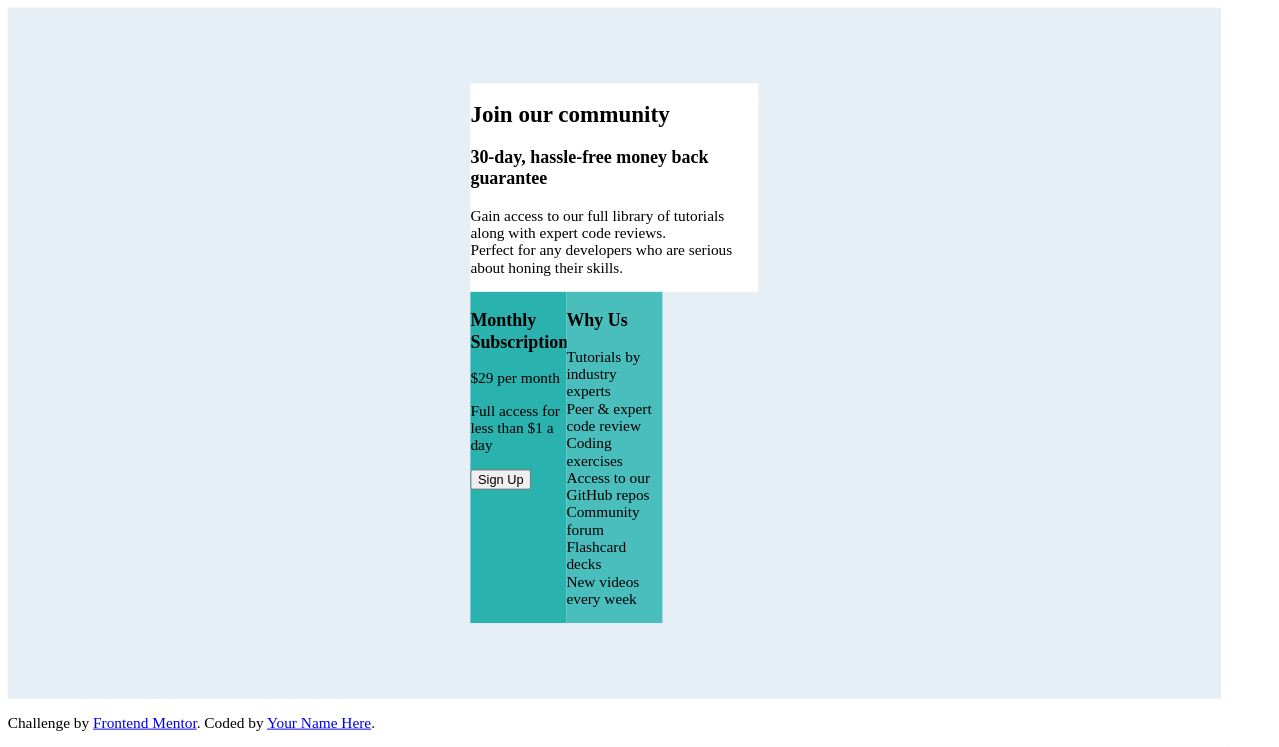
Repository: jminervino/PriceGridComponent
Page: index.html
An editor plug-in stored every save of this project. The page is shown before and after the next save, followed by the edit.
The browser window is 1280 px wide. The page is 1280 px wide, then 1332 px, then 1280 px, so the pictures cover 1332 px, including what lies to the right of the window. The pictures show the whole page, at 96% of full size.

Above is the page before, as saved 2022-02-07 11:01:55.

After the next save:
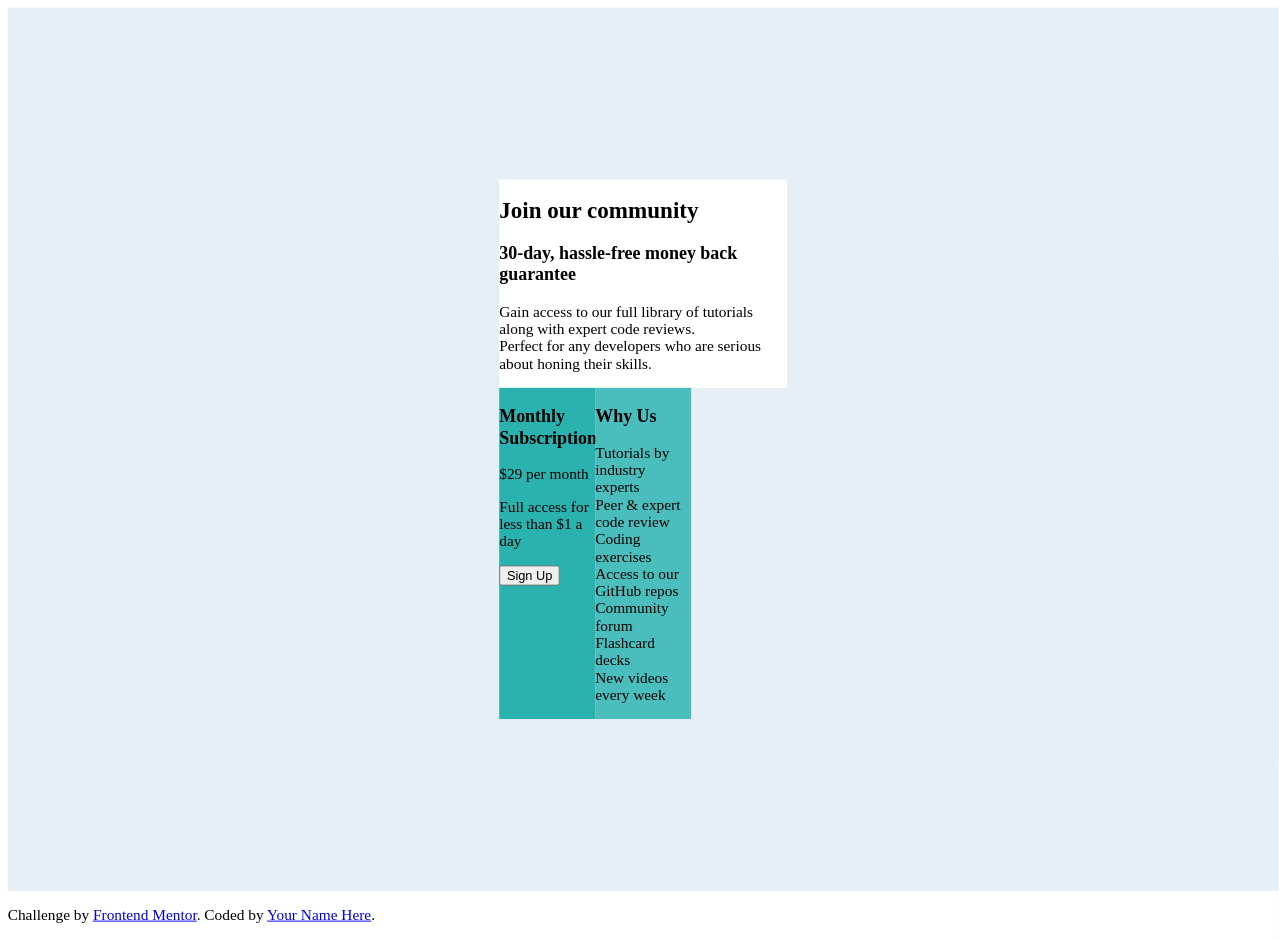
Saved 28 s later.
--- a/style.css
+++ b/style.css
@@ -8,6 +8,7 @@
     align-items: center;
     justify-content: center;
     background-color: hsl(204, 43%, 93%);
+    padding: 100px 30px;
 
 }
 

After the save that followed:
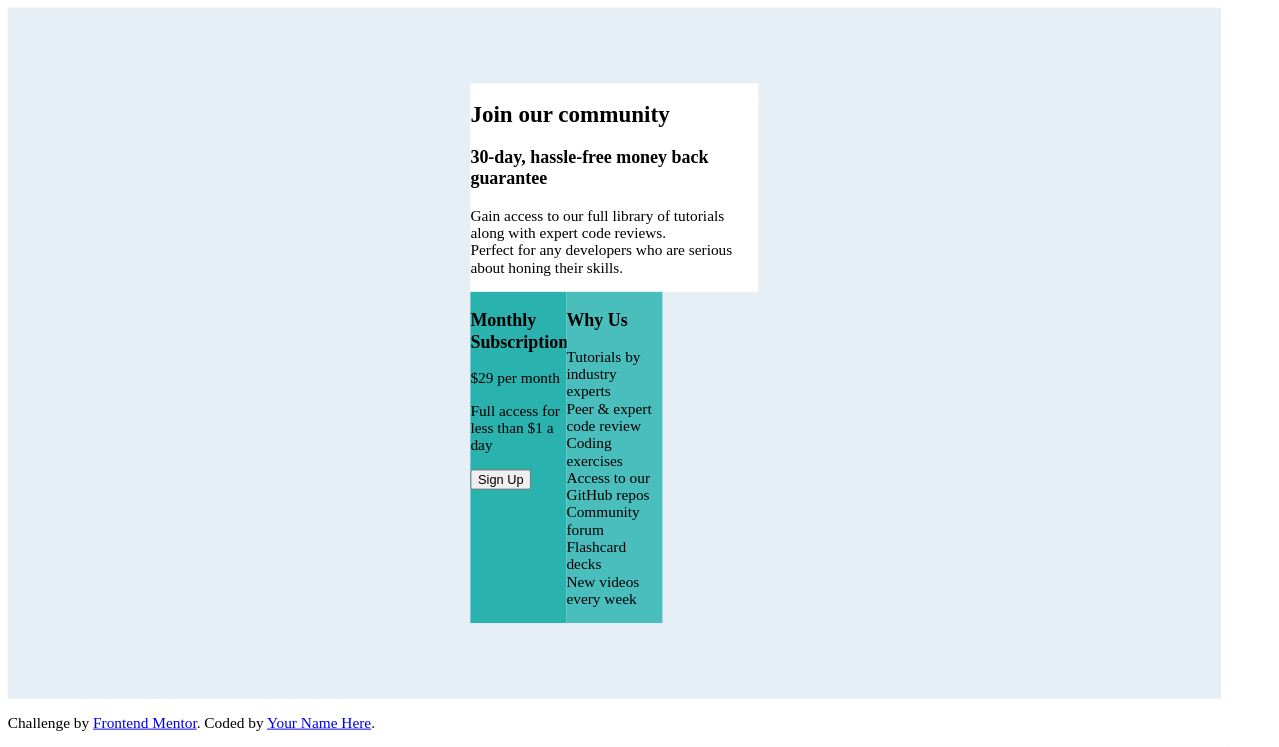
Saved 13 s later.
--- a/style.css
+++ b/style.css
@@ -8,7 +8,7 @@
     align-items: center;
     justify-content: center;
     background-color: hsl(204, 43%, 93%);
-    padding: 100px 30px;
+    paddin
 
 }
 
